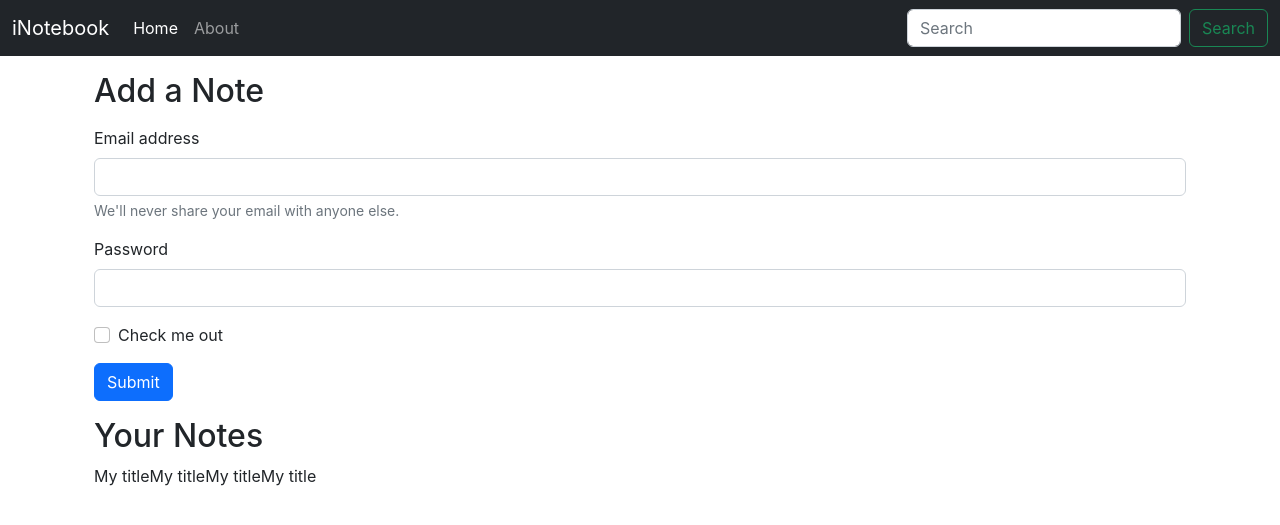
Repository: SatishPatil108/iNotebook-React
Page: /
These files come from the project's save history. The page is drawn as it stood at one moment and after the next save; the edit follows.
The browser window is 1280 px wide. The pictures show the whole page.
The project was rebuilt for these pictures with package versions that can differ from the ones it lists, and the page was loaded fresh each time. Also part of the build but not shown: src/App.css, src/components/About.js.

Above is the page before, as saved 2022-07-24 17:53:16.

### public/index.html
<!DOCTYPE html>
<html lang="en">

<head>
  <meta charset="utf-8" />
  <link rel="icon" href="%PUBLIC_URL%/favicon.ico" />
  <meta name="viewport" content="width=device-width, initial-scale=1" />
  <meta name="theme-color" content="#000000" />
  <meta name="description" content="Web site created using create-react-app" />
  <link rel="apple-touch-icon" href="%PUBLIC_URL%/logo192.png" />

  <link rel="manifest" href="%PUBLIC_URL%/manifest.json" />
  <link href="https://cdn.jsdelivr.net/npm/bootstrap@5.2.0/dist/css/bootstrap.min.css" rel="stylesheet"
    integrity="sha384-gH2yIJqKdNHPEq0n4Mqa/HGKIhSkIHeL5AyhkYV8i59U5AR6csBvApHHNl/vI1Bx" crossorigin="anonymous">

  <title>iNotebook - Your Notes Secured in the Cloud</title>
</head>

<body>
  <noscript>You need to enable JavaScript to run this app.</noscript>
  <div id="root"></div>
  <script src="https://cdn.jsdelivr.net/npm/@popperjs/core@2.11.5/dist/umd/popper.min.js"
    integrity="sha384-Xe+8cL9oJa6tN/veChSP7q+mnSPaj5Bcu9mPX5F5xIGE0DVittaqT5lorf0EI7Vk"
    crossorigin="anonymous"></script>
  <script src="https://cdn.jsdelivr.net/npm/bootstrap@5.2.0/dist/js/bootstrap.min.js"
    integrity="sha384-ODmDIVzN+pFdexxHEHFBQH3/9/vQ9uori45z4JjnFsRydbmQbmL5t1tQ0culUzyK"
    crossorigin="anonymous"></script>

</body>

</html>

### src/App.js
import './App.css';
import {
  BrowserRouter as Router,
  Routes,
  Route
} from "react-router-dom";
import Navbar from './components/Navbar';
import Home from './components/Home';
import About from './components/About';
import NoteState from './context/notes/NoteState';

function App() {
  return (
    <>
      <NoteState>
        <Router>
          <Navbar />
          <div className="container">
            <Routes>
              <Route exact path="/" element={<Home />}></Route>
              <Route exact path="/about" element={<About />}></Route>
            </Routes>
          </div>
        </Router>
      </NoteState>
    </>
  );
}

export default App;

### src/components/Navbar.js
import React, { useEffect } from 'react'
import { Link, useLocation } from "react-router-dom";

const Navbar = () => {

    let location = useLocation();
    useEffect(() => {
        console.log(location.pathname);
    }, [location]);
    return (
        <div>
            <nav className="navbar navbar-expand-lg navbar-dark  bg-dark">
                <div className="container-fluid">
                    <Link className="navbar-brand" to="/">iNotebook</Link>
                    <button className="navbar-toggler" type="button" data-bs-toggle="collapse" data-bs-target="#navbarSupportedContent" aria-controls="navbarSupportedContent" aria-expanded="false" aria-label="Toggle navigation">
                        <span className="navbar-toggler-icon"></span>
                    </button>
                    <div className="collapse navbar-collapse" id="navbarSupportedContent">
                        <ul className="navbar-nav me-auto mb-2 mb-lg-0">
                            <li className="nav-item">
                                <Link className={`nav-link ${location.pathname === "/" ? "active" : ""}`} aria-current="page" to="/">Home</Link>
                            </li>
                            <li className="nav-item">
                                <Link className={`nav-link ${location.pathname === "/about" ? "active" : ""}`} to="/about">About</Link>
                            </li>
                        </ul>
                        <form className="d-flex" role="search">
                            <input className="form-control me-2" type="search" placeholder="Search" aria-label="Search" />
                            <button className="btn btn-outline-success" type="submit">Search</button>
                        </form>
                    </div>
                </div>
            </nav>
        </div>
    )
}

export default Navbar

### src/components/Home.js
import React, { useContext } from 'react'
import noteContext from '../context/notes/noteContext';

const Home = () => {
    const context = useContext(noteContext);
    const { notes, setNotes } = context;
    return (
        <div>
            <div className="container my-3">
                <h2>Add a Note</h2>
                <form className='my-3'>
                    <div className="mb-3">
                        <label for="exampleInputEmail1" className="form-label">Email address</label>
                        <input type="email" className="form-control" id="exampleInputEmail1" aria-describedby="emailHelp" />
                        <div id="emailHelp" className="form-text">We'll never share your email with anyone else.</div>
                    </div>
                    <div className="mb-3">
                        <label for="exampleInputPassword1" className="form-label">Password</label>
                        <input type="password" className="form-control" id="exampleInputPassword1" />
                    </div>
                    <div className="mb-3 form-check">
                        <input type="checkbox" className="form-check-input" id="exampleCheck1" />
                        <label className="form-check-label" for="exampleCheck1">Check me out</label>
                    </div>
                    <button type="submit" className="btn btn-primary">Submit</button>
                </form>
            </div>
            <div className="container">
                <h2>Your Notes</h2>
                {notes.map((note) => {
                    return note.title
                })}
            </div>
        </div>
    )
}

export default Home

### src/context/notes/NoteState.js
import NoteContext from "./noteContext";
import { useState } from "react";
const NoteState = (props) => {
    const notesInitial = [
        {
            "_id": "62da4a93624101fbcba2f70b",
            "user": "62da3547e5c581994402a424",
            "title": "My title",
            "description": "Please wake up early",
            "tag": "Personal",
            "date": "2022-07-22T06:58:27.100Z",
            "__v": 0
        },
        {
            "_id": "62da4a93624101fbcba2f70d",
            "user": "62da3547e5c581994402a424",
            "title": "My title",
            "description": "Please wake up early",
            "tag": "Personal",
            "date": "2022-07-22T06:58:27.254Z",
            "__v": 0
        },
        {
            "_id": "62da4b55247e3f71d9903681",
            "user": "62da3547e5c581994402a424",
            "title": "My title",
            "description": "Please wake up early",
            "tag": "Personal",
            "date": "2022-07-22T07:01:41.403Z",
            "__v": 0
        },
        {
            "_id": "62da89d6007163cf4d1b5c32",
            "user": "62da3547e5c581994402a424",
            "title": "My title",
            "description": "Please wake up early",
            "tag": "Personal",
            "date": "2022-07-22T11:28:22.313Z",
            "__v": 0
        }
    ]

    const [notes, setNotes] = useState(notesInitial)

    return (
        <NoteContext.Provider value={{ notes, setNotes }}>
            {props.children}
        </NoteContext.Provider>
    )
}

export default NoteState;

### src/components/Notes.js
import React from 'react'

const Notes = () => {
    return (
        <div className="container">
            <h2>Your Notes</h2>
            {notes.map((note) => {
                return note.title
            })}
        </div>
    )
}

export default Notes

Loaded but not shown: src/index.js (common file); src/index.css (common file); src/context/notes/noteContext.js (common file)

After the next save:
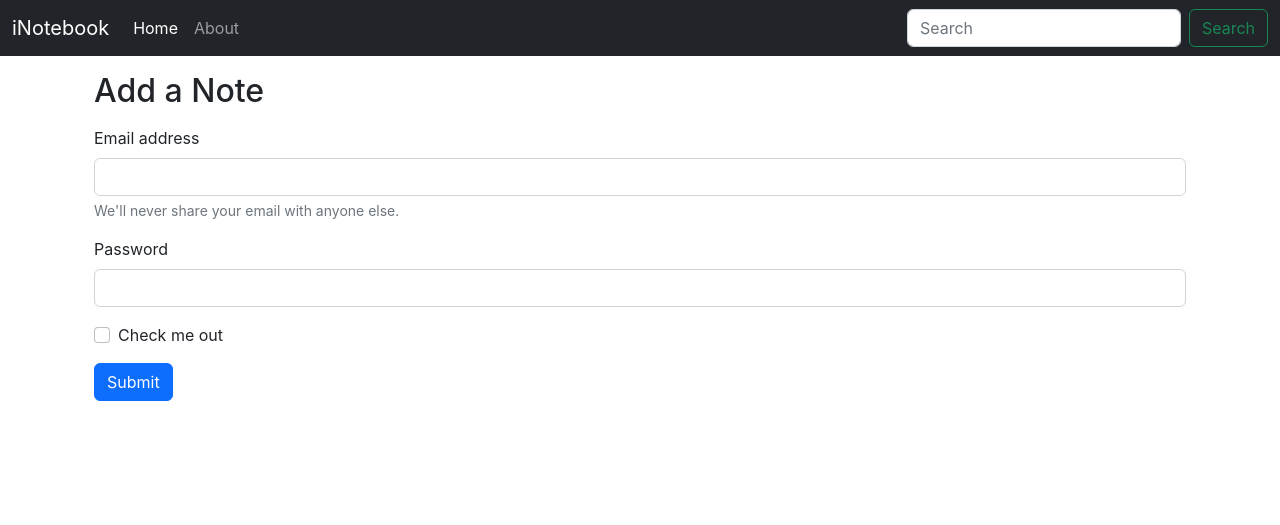
Saved 7 s later.
--- a/src/components/Home.js
+++ b/src/components/Home.js
@@ -25,12 +25,7 @@
                     <button type="submit" className="btn btn-primary">Submit</button>
                 </form>
             </div>
-            <div className="container">
-                <h2>Your Notes</h2>
-                {notes.map((note) => {
-                    return note.title
-                })}
-            </div>
+
         </div>
     )
 }

After the 3 saves that followed:
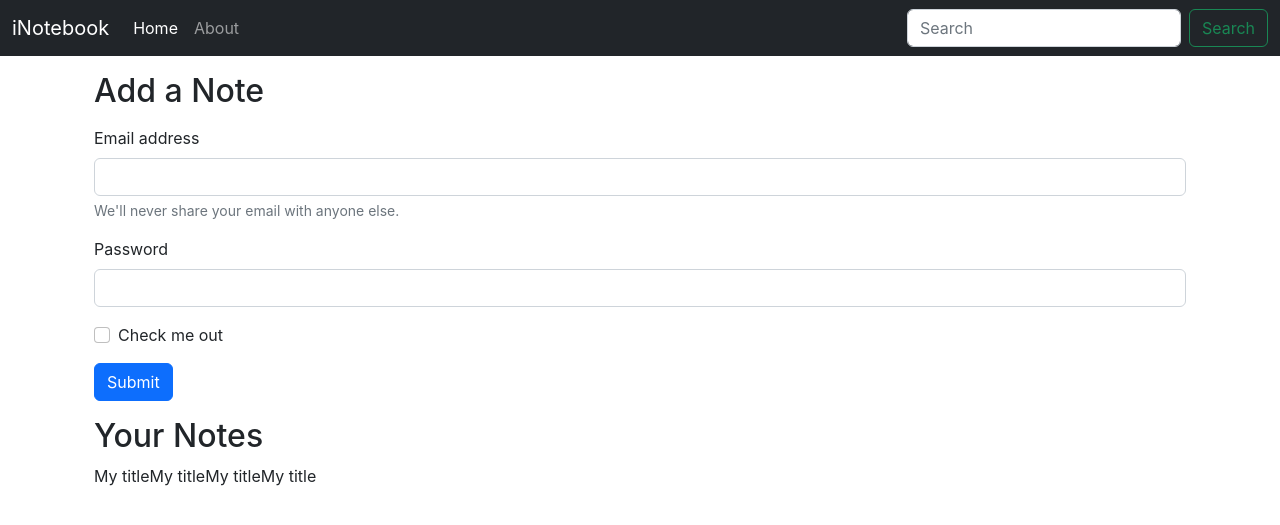
The 3 saves are shown as one change because 1 did not build or start and 1 left the picture as it was.
The last was saved 2 min 33 s later.
--- a/src/components/Home.js
+++ b/src/components/Home.js
@@ -1,9 +1,8 @@
 import React, { useContext } from 'react'
-import noteContext from '../context/notes/noteContext';
+import Notes from './Notes';
 
 const Home = () => {
-    const context = useContext(noteContext);
-    const { notes, setNotes } = context;
+
     return (
         <div>
             <div className="container my-3">
@@ -25,7 +24,7 @@
                     <button type="submit" className="btn btn-primary">Submit</button>
                 </form>
             </div>
-
+            <Notes />
         </div>
     )
 }
--- a/src/components/Notes.js
+++ b/src/components/Notes.js
@@ -1,6 +1,10 @@
-import React from 'react'
+import React, { useContext } from 'react'
+import noteContext from '../context/notes/noteContext';
+
 
 const Notes = () => {
+    const context = useContext(noteContext);
+    const { notes, setNotes } = context;
     return (
         <div className="container">
             <h2>Your Notes</h2>
